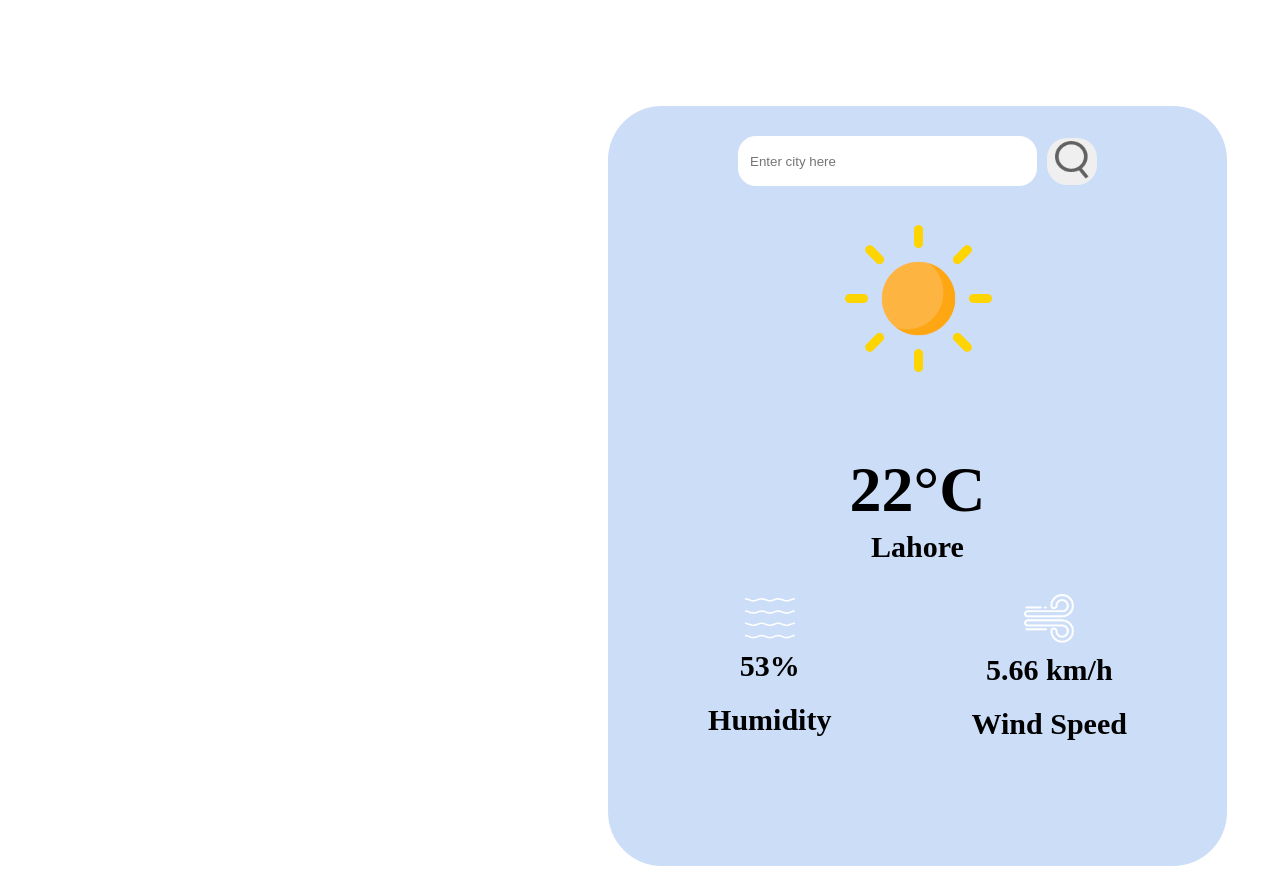
Repository: WajihaGul/Javascripts-Projects
Page: WEATHER APP/index.html
The author's editor kept a copy of each file at every save. The page is drawn from the files as they stood at one save, then again after the next save.
The browser window is 1280 px wide. The pictures show the whole page.

Above is the page before, as saved 2024-06-07 20:35:55.

### WEATHER APP/index.html
<!DOCTYPE html>
<html>
<head>
    <meta charset="utf-8">
    <meta http-equiv="X-UA-Compatible" content="IE=edge">
    <title>Weather App</title>
    <meta name="description" content="">
    <meta name="viewport" content="width=device-width, initial-scale=1">
    <link rel="stylesheet" href="./style.css">
</head>
<body>
    <div class="MainDiv">
        <div class="SearchDiv">
            <input type="search" class="SearchInput" placeholder="Enter city here">
            <button class="SearchLogo"><img src="/images/search.png" class="btnimg" alt="SearchLogo"></button>
        </div>

    <div class="error">
        <h1>Invalid Name. Enter Correct City Name</h1>
    </div>
        <div class="SecDiv">
            <div class="weather">
                <img src="./images/clear.png" alt="weather here">
            </div>
            <div class="temperature">
                <h1>22°C</h1>
            </div>
            <div class="cityName">
                <h1>Lahore</h1>
            </div>
            <div class="humidityAndWindSpeed">
                <div class="humidity">
                    <img src="./images/humidity.png" alt="">
                    <h1>53%</h1>
                    <h2>Humidity</h2>
                </div>
                <div class="windSpeed">
                    <img src="./images/wind.png" alt="">
                    <h1>5.66 km/h</h1>
                    <h2>Wind Speed</h2>
                </div>
            </div>
        </div>
    </div>
    <script>
        const APIkey= "https://api.openweathermap.org/data/2.5/weather?&units=metric";
        const Appid="6348a586aa1ef3c18b76814239e3158a";
        const weatherLogo = document.querySelector(".weather img");
        const SearchBar = document.querySelector(".SearchInput");
        const SearchButton = document.querySelector(".SearchLogo");

        async function checkWeather(city) {
            const response = await fetch(`${APIkey}&q=${city}&appid=${Appid}`);
            var data = await response.json();
            console.log(data);

            document.querySelector(".temperature h1").innerHTML = Math.round(data.main.temp) + " °C";
            document.querySelector(".cityName h1").innerHTML = data.name;
            document.querySelector(".windSpeed h1").innerHTML = data.wind.speed + " km/h";
            document.querySelector(".humidity h1").innerHTML = data.main.humidity + " %";



         if(data.weather[0].main=="Smoke"){
              weatherLogo.src= "./images/mist.png";
          }
         else if(data.weather[0].main=="Clouds"){
              weatherLogo.src= "./images/clouds.png";
          }
          else if(data.weather[0].main=="Rain"){
              weatherLogo.src= "./images/rain.png";
          }
         else if(data.weather[0].main=="Drizzle"){
              weatherLogo.src= "./images/drizzle.png";
         }
        else{
            weatherLogo.src= "./images/clear.png";
        }

    }

        SearchButton.addEventListener("click", () => {
            checkWeather(SearchBar.value);
        });

    </script>
</body>
</html>

### WEATHER APP/style.css
.MainDiv{
    background-color: rgb(154 187 241 / 50%);
    width: 559px;
    margin-top: 106px;
    /* margin-bottom: 106px; */
    border-radius: 54px;
    height: 700px;
    padding: 30px;
    margin-left:600px;
    margin-right: 600px;
}
 .SearchInput{
    width: 303px;
    height: 50px;
    border-radius: 18px;
    padding: 10px;
    border-color: transparent;
    margin-right: 10px;
}
.SearchDiv{
    display: flex;
    flex-direction: row;
    align-items: center;
    margin: 0 auto;
    margin-left: 100px;
    margin-right: 100px;
}
/* .SecDiv{
    display: none;
} */
.btnimg{
    height: 38px;
    width: 34px;
}
.error{
    font-size: medium;
    padding-right: 110px;
    padding-left: 110px;
    display: none;
}
.SearchLogo{
    border-color: transparent;
    border-radius: 20px;
    cursor: pointer;
}
.temperature h1{
    display: flex;
    align-items: center;
    justify-content: center;
    font-size: 64px;

}
.weather img{
    display: flex;
    margin: 0 auto;

}
.cityName h1{
    display: flex;
    align-items: center;
    justify-content: center;
    font-size: 30px;
    margin-top: -50px;
    padding: 10px;
}
.humidityAndWindSpeed {
    display: flex;
    justify-content: space-around;
    align-items: center;
    margin-top: 20px;
}

.humidity,
.windSpeed {
    display: flex;
    flex-direction: column;
    align-items: center;
    text-align: center; /* Center text */
}

.humidity img,
.windSpeed img {
    margin-bottom: 10px; /* Adjust as needed */
    width: 50px; /* Adjust as needed */
    height: auto; /* Maintain aspect ratio */
}

.humidity h1,
.windSpeed h1 {
    font-size: 30px;
    margin: 0 auto;
}

.humidity h2,
.windSpeed h2 {
    font-size: 30px;
    margin: 0 auto;
    padding-top: 20px;
}

After the next save:
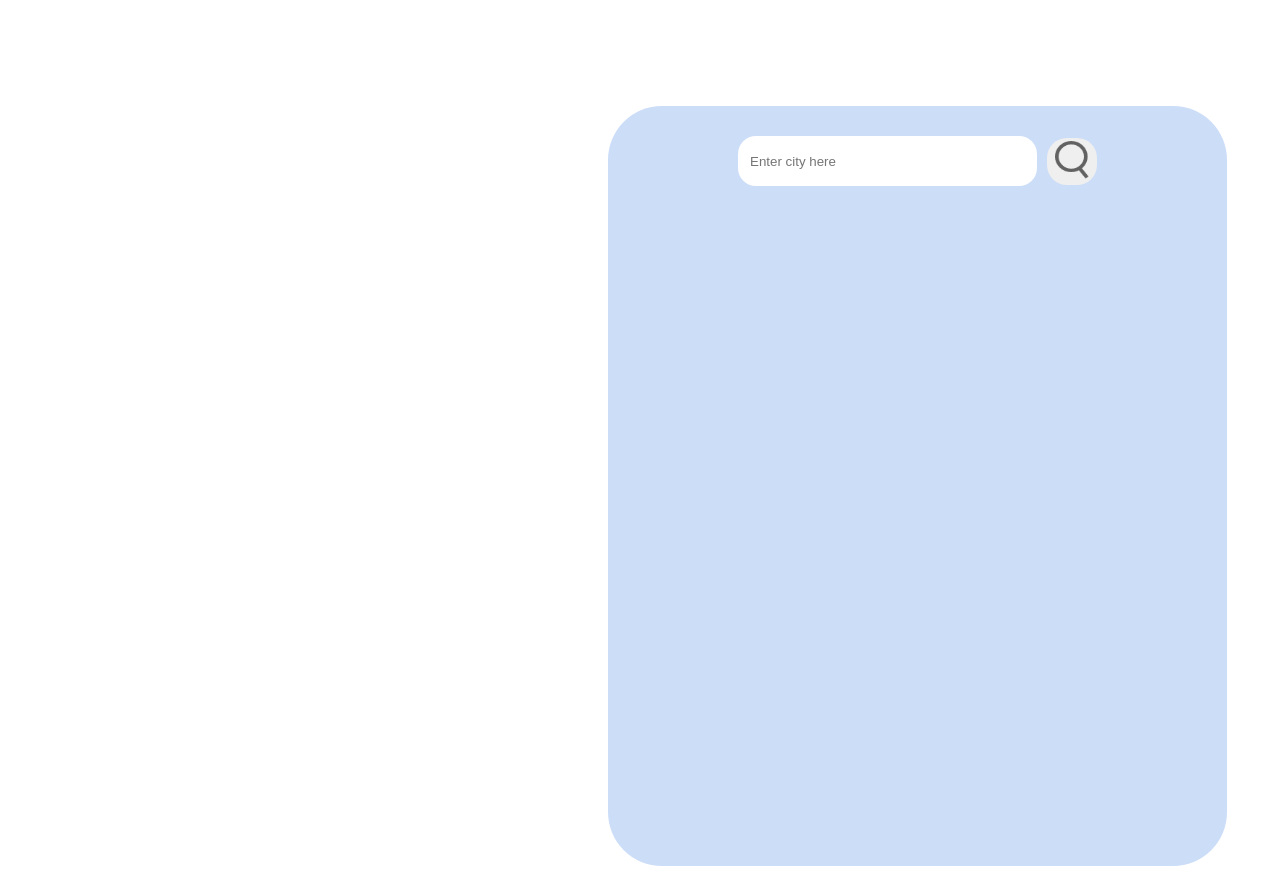
Saved 2 min 28 s later.
--- a/WEATHER APP/index.html
+++ b/WEATHER APP/index.html
@@ -51,6 +51,11 @@
 
         async function checkWeather(city) {
             const response = await fetch(`${APIkey}&q=${city}&appid=${Appid}`);
+            if(response.status=="404"){
+                document.querySelector(".error").style.display="block";
+                document.querySelector(".SecDiv").style.display="none";
+            }
+            else{
             var data = await response.json();
             console.log(data);
 
@@ -58,8 +63,6 @@
             document.querySelector(".cityName h1").innerHTML = data.name;
             document.querySelector(".windSpeed h1").innerHTML = data.wind.speed + " km/h";
             document.querySelector(".humidity h1").innerHTML = data.main.humidity + " %";
-
-
 
          if(data.weather[0].main=="Smoke"){
               weatherLogo.src= "./images/mist.png";
@@ -76,11 +79,12 @@
         else{
             weatherLogo.src= "./images/clear.png";
         }
-
+    }
     }
 
         SearchButton.addEventListener("click", () => {
             checkWeather(SearchBar.value);
+            document.querySelector(".SecDiv").style.display="block";
         });
 
     </script>
--- a/WEATHER APP/style.css
+++ b/WEATHER APP/style.css
@@ -25,9 +25,9 @@
     margin-left: 100px;
     margin-right: 100px;
 }
-/* .SecDiv{
+ .SecDiv{
     display: none;
-} */
+}
 .btnimg{
     height: 38px;
     width: 34px;
